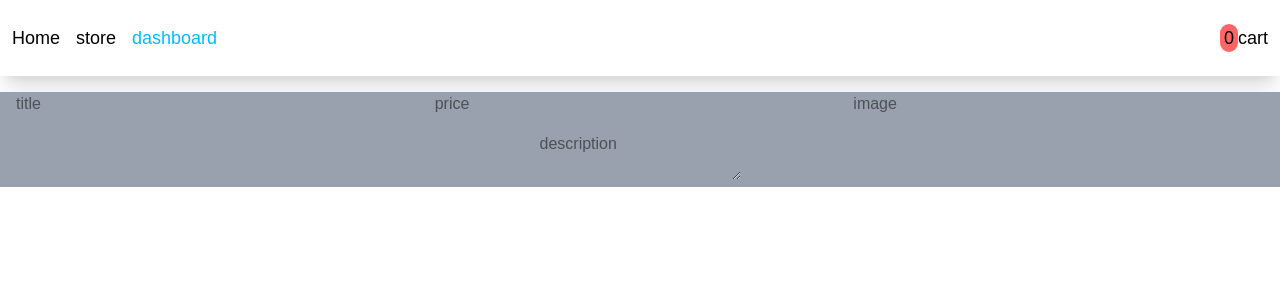
Repository: Rohullah-Noori/Nextjs-online-shop
Page: /dashboard
These files come from the project's save history. The page is drawn as it stood at one moment and after the next save; the edit follows.
The browser window is 1280 px wide. The pictures show the whole page.
The project was rebuilt for these pictures with package versions that can differ from the ones it lists, and the page was loaded fresh each time. The framework's server and built-in components were replaced by stand-ins that run in the browser. Also part of the build but not shown: next.config.ts.

Above is the page before, as saved 2025-05-28 10:37:57.

After the next save:
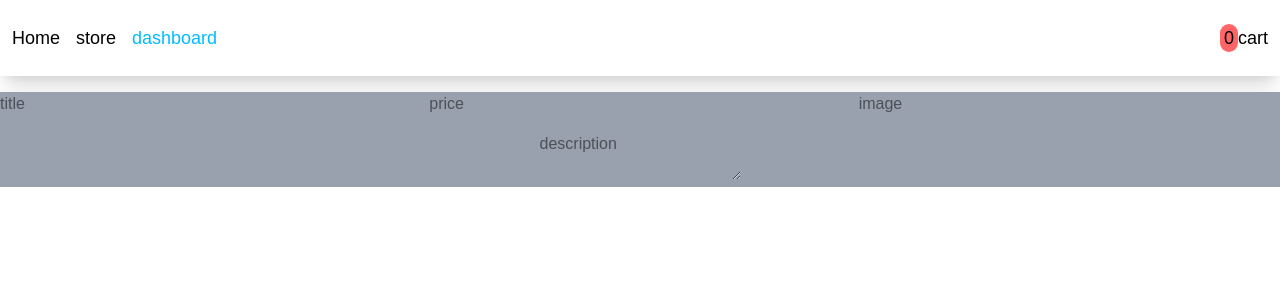
Saved 43 s later.
--- a/src/app/dashboard/page.tsx
+++ b/src/app/dashboard/page.tsx
@@ -5,7 +5,7 @@ export default function Dashboard() {
   return (
     <div className="bg-gray-400 text-center">
       <Container>
-        <div className="grid grid-cols-3 gap-2 mt-2 mb-4 px-4">
+        <div className="grid grid-cols-3 gap-2 mt-2 mb-4 ">
           <input type="text" placeholder="title" />
           <input type="text" placeholder="price" />
           <input type="text" placeholder="image" />
